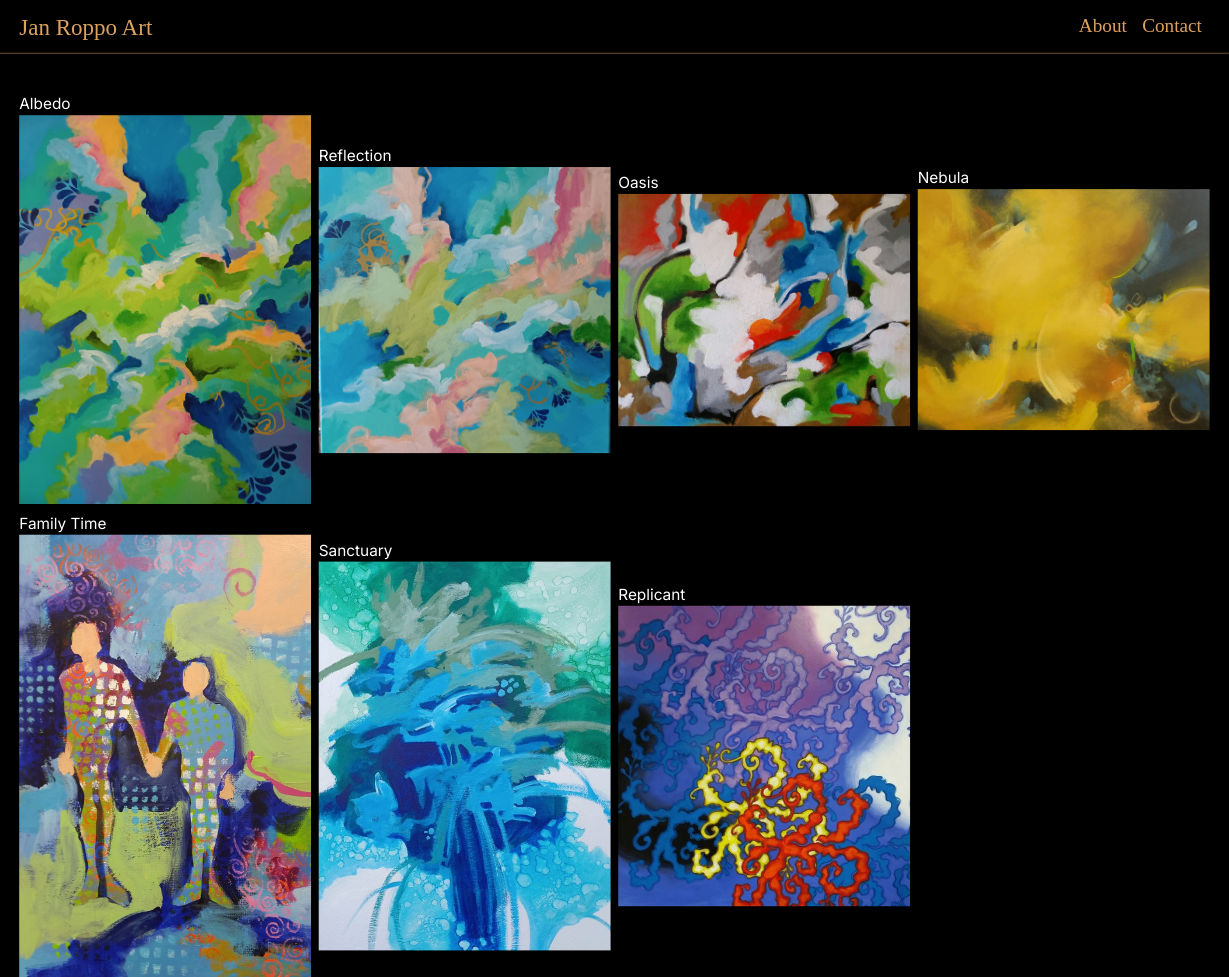
Repository: YanceMcFinn/JRArt
Page: /
An editor plug-in stored every save of this project. The page is shown before and after the next save, followed by the edit.
The browser window is 1280 px wide. The pictures show the whole page, at 96% of full size.
The project was rebuilt for these pictures with package versions that can differ from the ones it lists, and the page was loaded fresh each time. The framework's server and built-in components were replaced by stand-ins that run in the browser. Also part of the build but not shown: next.config.js.

Above is the page before, as saved 2023-10-12 21:52:19.

### app/layout.js
import './globals.css'
import { Inter } from 'next/font/google'

import Navbar from './components/Navbar'

const inter = Inter({ subsets: ['latin'] })

export const metadata = {
  title: 'Jan Roppo Art',
  description: 'The art of Jan Roppo',
}

export default function RootLayout({ children }) {
  return (
    <html lang="en">
      <body className={inter.className}>
        <Navbar />
        {children}
      </body>
    </html>
  )
}

### app/page.js
'use client'
import Image from 'next/image'
import { useState, useEffect } from 'react'
import works from './works.json'
// import { getLocalData } from '@/lib/localdata'


export default function Home() {
  async function getWorks(){

  }
  const paintings = works
  const [paintings2,setPaintings2] = useState([])

  // async function getWorks(){
  //   art = await getLocalData()
  //   setPaintings2(art)
  //   console.log(paintings2)
  // }
  // useEffect(()=>{
  //   getWorks()
  // }, [])
  return (
    <main className="bg-black text-white mt-10">
      <div className="grid grid-cols-4 gap-2 place-items-center mx-5">
        {paintings.map(art=>{
          return (
          <div>
            <p>{art.title}</p>
            <a href={`/works/${art.title.toLowerCase()}`}><img src={`./static/img/${art.title.replaceAll(" ", "_")}.jpg`}
              width={500}
              height={500}
              alt={art.title} />
            </a>
          </div>)

        })}
      </div>
    </main>
      )
    }

### app/globals.css
@tailwind base;
@tailwind components;
@tailwind utilities;

body {
 background-color: black;
}

.title {
    font-family: 'Macondo', cursive;
}

### app/components/Navbar.jsx
import React from "react";

const Navbar = () => {
    return(
    <>
    <div className="top w-full h-14 px-5 py-3 text-main-color border-b border-b-main-color/50">
      <div className="float-left title text-2xl">
        <a className="hover:text-white" href="/">Jan Roppo Art</a>
      </div>
      <div className="float-right title text-xl">
        <ul>
          <li className="inline px-2">
            <a href="/about" className="hover:text-white">About</a>
          </li>
          <li className="inline px-2">
            <a href="/contact" className="hover:text-white">Contact</a>
          </li>
        </ul>
      </div>
    </div>
    </>

    )
}

export default Navbar

### app/works.json
[
    {
        "title" : "Albedo",
        "id": 0,
        "dimensions": "36 x 48",
        "materials": "acrylic on canvas",
        "price": 1000,
        "sold": false,
        "prints available": true,
        "description": "This entire piece was done by moving one large stencil around the canvas, and changing the colors as I went along."
    },
    {
        "title" : "Reflection",
        "id": 1,
        "dimensions": "24 x 24",
        "materials": "acrylic on canvas",
        "price": 300,
        "sold": false,
        "prints available": true,
        "description": "This is a nice little painting, done with some rubber cement resist, and a little bit of stenciling."
    },
    {
        "title" : "Oasis",
        "id": 2,
        "dimensions": "16 x 20",
        "materials": "acrylic on canvas",
        "price": 200,
        "sold": false,
        "prints available": true,
        "description": "This is a colorful little piece with a lot of energy and movement. It was fun to do."
    },
    {
        "title" : "Nebula",
        "id": 3,
        "dimensions": "16 x 20",
        "materials": "acrylic on canvas",
        "price": 200,
        "sold": false,
        "prints available": true,
        "description": "This is a small painting with a limited color palette, that is supposed to convey a feeling of lightness and spaciousness."
    },
    {
        "title" : "Family Time",
        "id": 4,
        "dimensions": "12 x 16",
        "materials": "acrylic on canvas",
        "price": 150,
        "sold": false,
        "prints available": true,
        "description": "This is a cheerful little painting, where the figures have been carved out of a patterned background."
    },
    {
        "title": "Sanctuary",
        "id": 5,
        "dimensions": "36 x 48",
        "materials": "acrylic on canvas",
        "price": 1000,
        "sold": true,
        "prints available": false,
        "description": "My goal with this was to see if I could successfully combine acrylic paint with areas of alcohol ink. I knew that the cells created by the ink would look like bubbles, so I decided on a watery theme, done in blues and greens."
    },
    {
        "title" : "Replicant",
        "id": 6,
        "dimensions": "36 x 36",
        "materials": "acrylic on canvas",
        "price": 750,
        "sold": false,
        "prints available": false,
        "description": "This entire piece was done by moving one large stencil around the canvas, and changing the colors as I went along."
    }
]

### tailwind.config.js
/** @type {import('tailwindcss').Config} */
module.exports = {
  content: [
    './pages/**/*.{js,ts,jsx,tsx,mdx}',
    './components/**/*.{js,ts,jsx,tsx,mdx}',
    './app/**/*.{js,ts,jsx,tsx,mdx}',
  ],
  theme: {
    extend: {
      backgroundImage: {
      },
      colors: {
        'main-color': '#dda15e'
      },
    },
  },
  plugins: [],
}

After the next save:
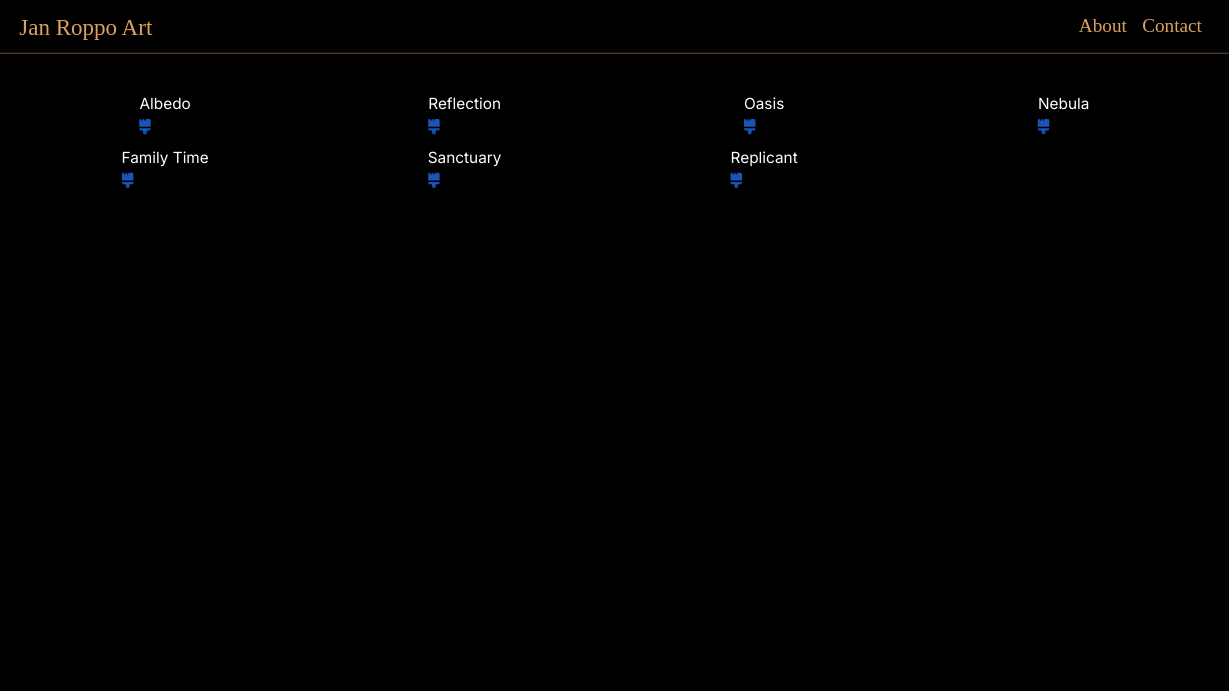
Saved 21 min 13 s later.
--- a/app/page.js
+++ b/app/page.js
@@ -4,6 +4,8 @@ import { useState, useEffect } from 'react'
 import works from './works.json'
 // import { getLocalData } from '@/lib/localdata'
 
+import { FontAwesomeIcon } from '@fortawesome/react-fontawesome'
+import { faBrush } from '@fortawesome/free-solid-svg-icons'
 
 export default function Home() {
   async function getWorks(){
@@ -20,6 +22,19 @@ export default function Home() {
   // useEffect(()=>{
   //   getWorks()
   // }, [])
+
+  const randomHexColor = ()=>{
+    let digits = ['0','1','2','3','4','5','6','7','8','9','A','B','C','D','E','5']
+    let randomDigit = Math.Floor(Math.random() * digits.length)
+    let hexCodeArr = []
+    for(let i=0; i<6; i++){
+      hexCodeArr.push(digits[randomDigit])
+    }
+    return hexCodeArr.join()
+  }
+
+  console.log(randomHexColor)
+
   return (
     <main className="bg-black text-white mt-10">
       <div className="grid grid-cols-4 gap-2 place-items-center mx-5">
@@ -27,10 +42,12 @@ export default function Home() {
           return (
           <div>
             <p>{art.title}</p>
-            <a href={`/works/${art.title.toLowerCase()}`}><img src={`./static/img/${art.title.replaceAll(" ", "_")}.jpg`}
+            <a href={`/works/${art.title.toLowerCase()}`}>
+              {/* <img src={`./static/img/${art.title.replaceAll(" ", "_")}.jpg`}
               width={500}
               height={500}
-              alt={art.title} />
+              alt={art.title} /> */}
+              <FontAwesomeIcon icon={faBrush} style={{color: "#1a54b7",}} />
             </a>
           </div>)
 
